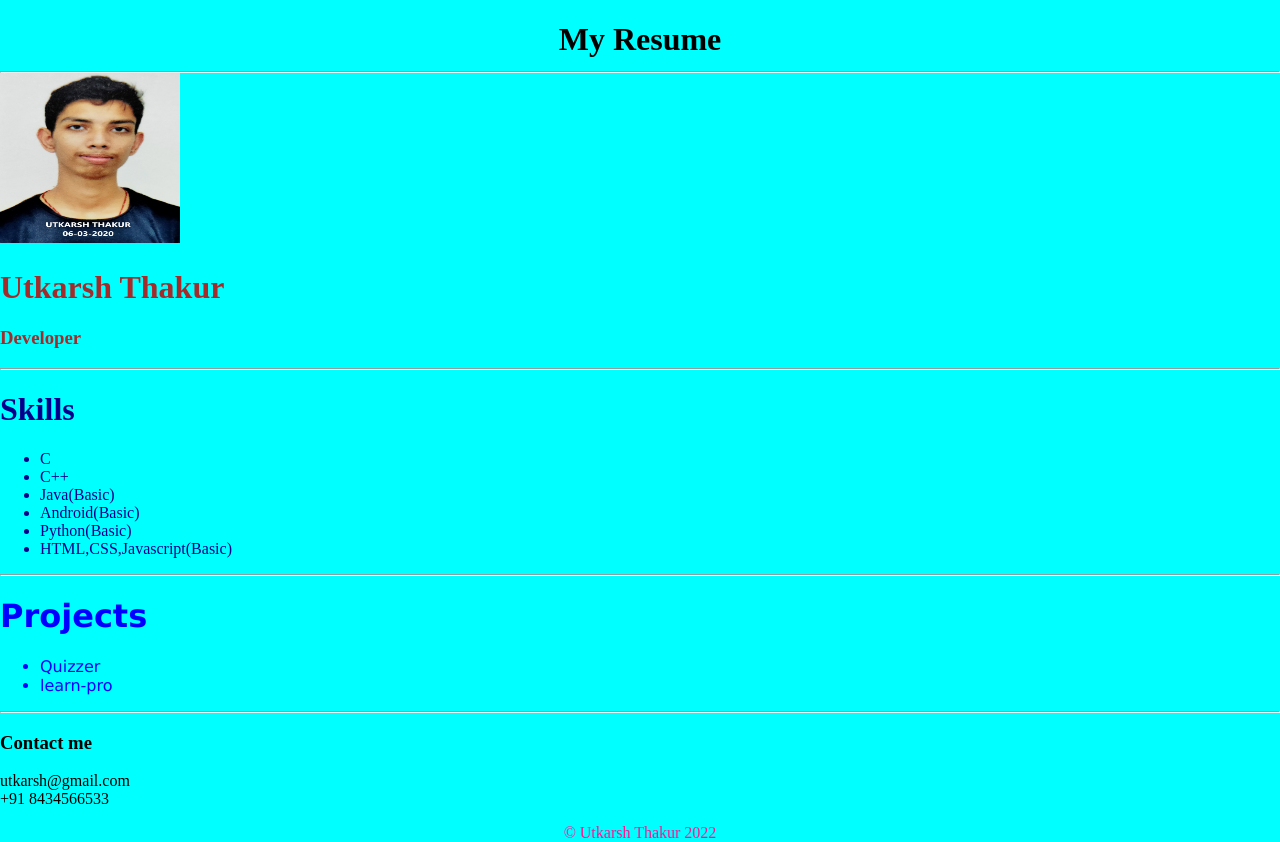
Repository: UtkarshThakur321/Utkarsh-Thakur-Profile
Page: index.html
The author's editor kept a copy of each file at every save. The page is drawn from the files as they stood at one save, then again after the next save.
The browser window is 1280 px wide. The pictures show the whole page.

Above is the page before, as saved 2022-01-18 21:59:25.
Not found: main.js

After the next save:
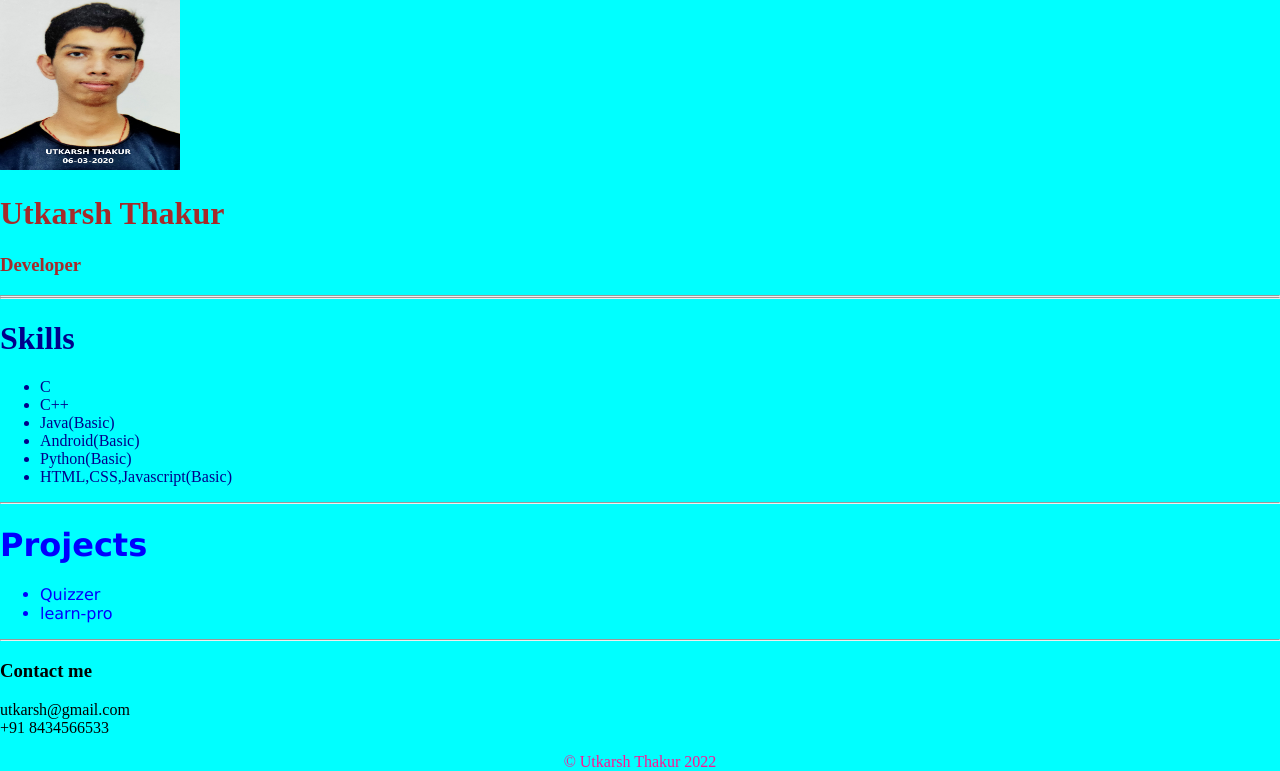
Saved 44 s later.
--- a/index.html
+++ b/index.html
@@ -9,11 +9,9 @@
     <script src='main.js'></script>
 </head>
 <body>
-    <div id="nav">
+    <!-- <div id="nav">
         <h1>My Resume</h1>
-    </div>
-    <hr>
-
+    </div> -->
     <div class="intro">
         <div id="image">
              <img src="main3.jpg" alt="DP_Utkarsh__Thakur"
@@ -27,6 +25,9 @@
             <h3>Developer</h3>
          </div>
     </div>
+    <hr>
+
+
     <hr>
 
     <div id="skills">
